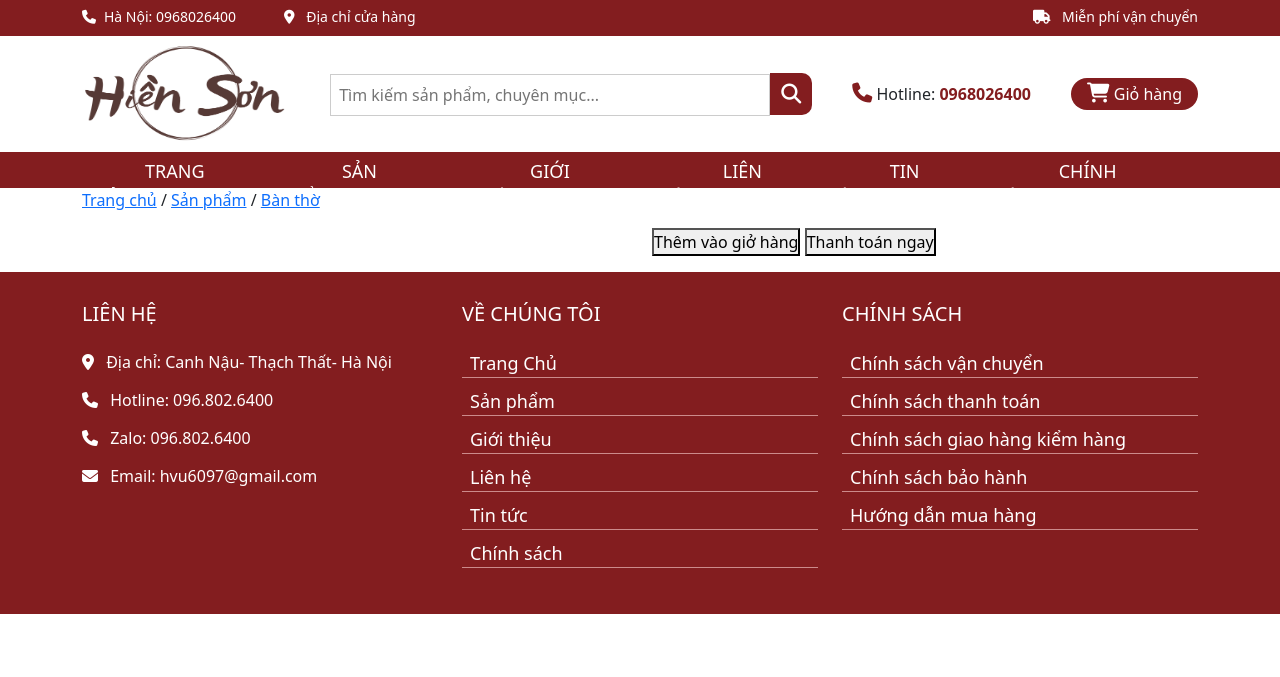
Repository: hoang28092000/do_go_hien_son
Page: product_details/ban_tho-g001.html
The author's editor kept a copy of each file at every save. The page is drawn from the files as they stood at one save, then again after a run of saves.
The browser window is 1280 px wide. The pictures show the whole page.
Some web libraries are served in a nearby version.

Above is the page before, as saved 2024-08-10 18:32:46.

After the next 4 saves:
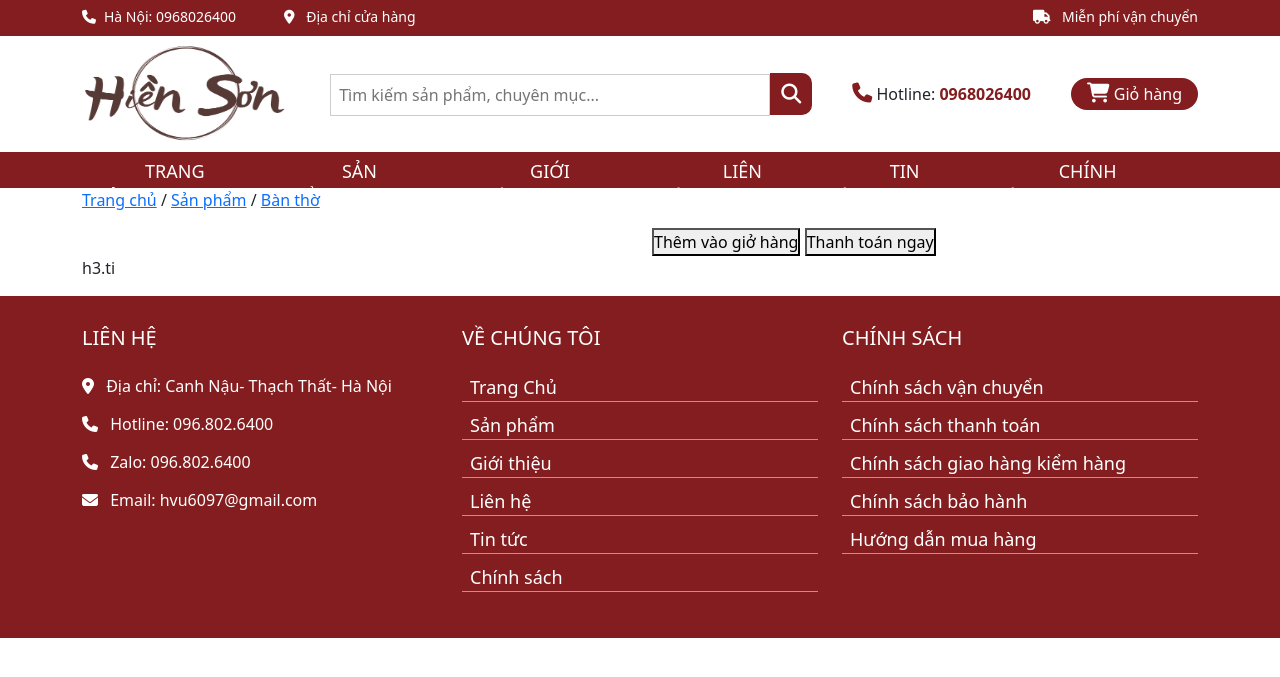
The 4 saves are shown as one change because they came seconds apart.
The last was saved 33 s later.
--- a/product_details/ban_tho-g001.html
+++ b/product_details/ban_tho-g001.html
@@ -100,6 +100,7 @@
                     </div>
                 </div>
             </div>
+            h3.ti
         </div>
     </div>
 
